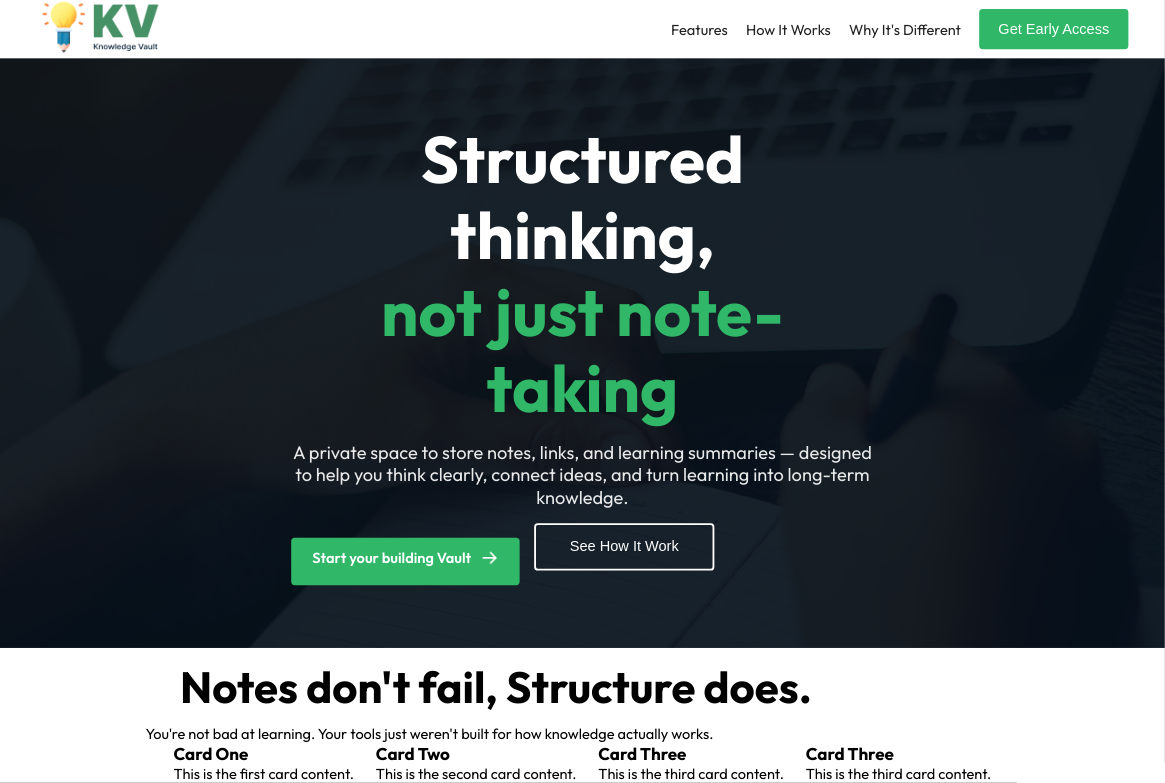
Repository: tanimtanzilislam/Assignment1-PH
Page: index.html
The author's editor kept a copy of each file at every save. The page is drawn from the files as they stood at one save, then again after the next save.
The browser window is 1280 px wide. The pictures show the whole page, at 91% of full size.

Above is the page before, as saved 2026-01-19 19:59:05.

After the next save:
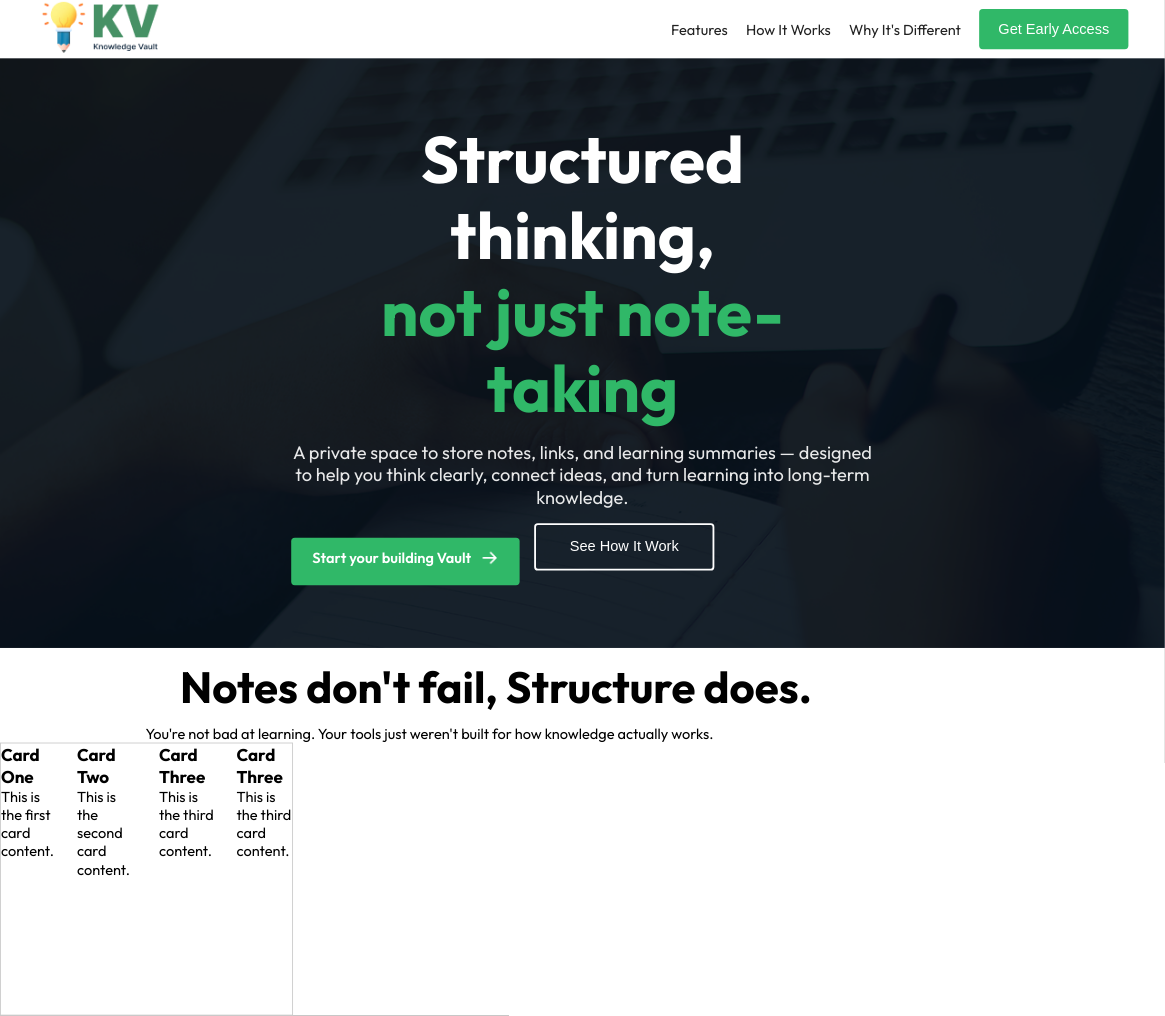
Saved 3 min 34 s later.
--- a/style.css
+++ b/style.css
@@ -170,6 +170,10 @@
 }
 
 .card-container{
+     width: 322px;
+    height: 300px;
+    border: 1px solid #ccc; /* border */
+    box-sizing: border-box;
     display:flex;
     justify-content: center;
     gap:24px;

After the save that followed:
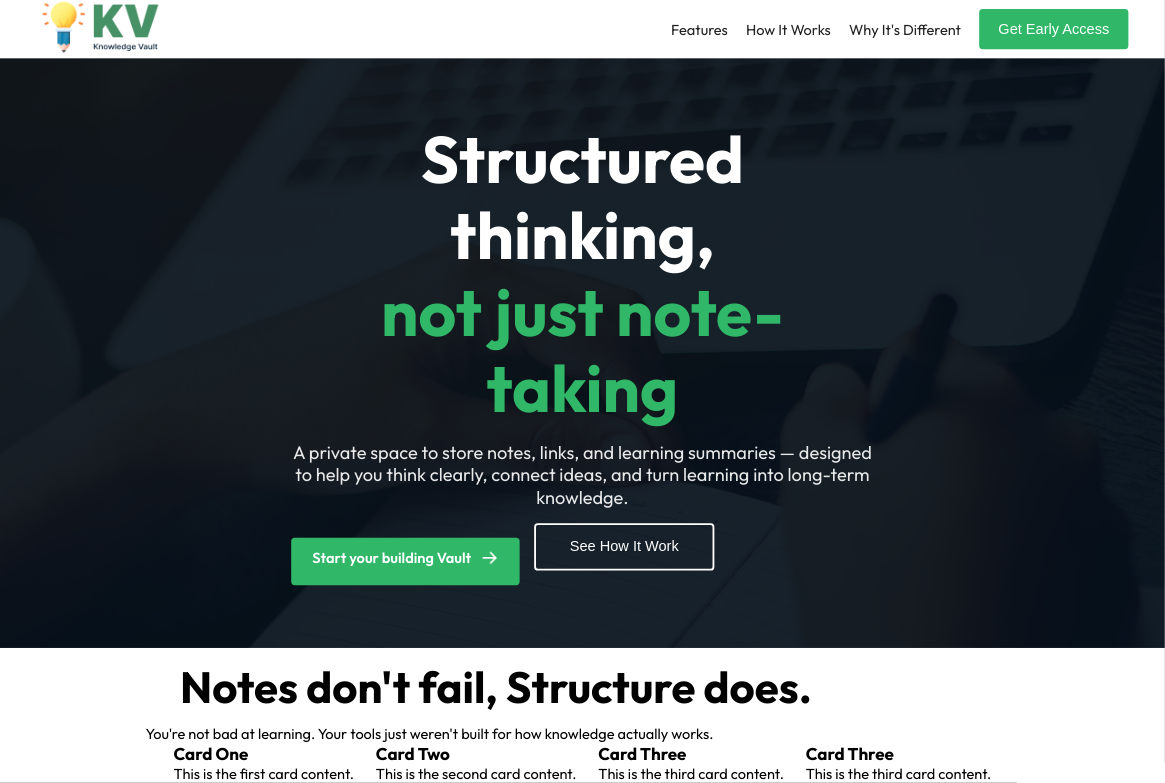
Saved 9 s later.
--- a/style.css
+++ b/style.css
@@ -170,10 +170,7 @@
 }
 
 .card-container{
-     width: 322px;
-    height: 300px;
-    border: 1px solid #ccc; /* border */
-    box-sizing: border-box;
+
     display:flex;
     justify-content: center;
     gap:24px;
